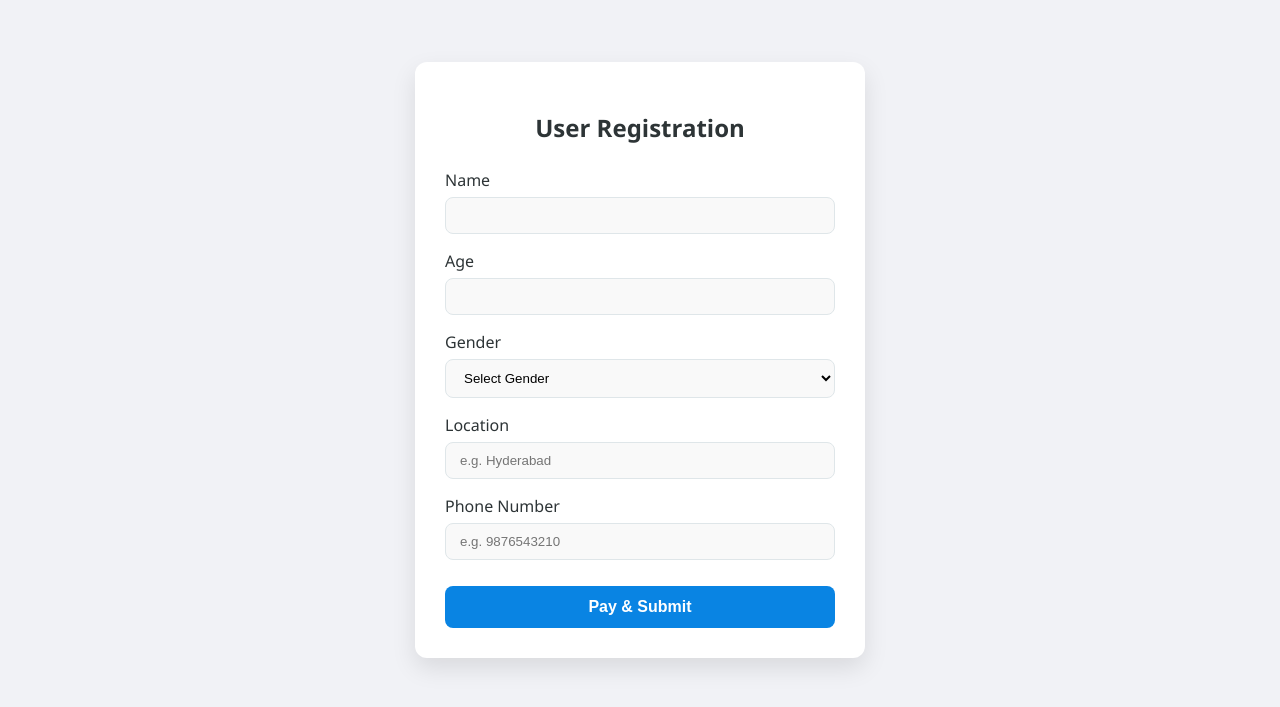
Repository: EedupugantiVenkatesh/Razorpayform
Page: index.html
These files come from the project's save history. The page is drawn as it stood at one moment and after the next save; the edit follows.
The browser window is 1280 px wide. The pictures show the whole page.

Above is the page before, as saved 2025-07-25 16:14:32.

### index.html
<!DOCTYPE html>
<html lang="en">
<head>
  <script src="https://checkout.razorpay.com/v1/checkout.js"></script>

  <meta charset="UTF-8" />
  <meta name="viewport" content="width=device-width, initial-scale=1.0"/>
  <title>User Details Form with OTP</title>
  <style>
    * {
      box-sizing: border-box;
    }
    body {
      font-family: 'Segoe UI', sans-serif;
      background: #f1f2f6;
      display: flex;
      justify-content: center;
      align-items: center;
      padding: 20px;
      min-height: 100vh;
      margin: 0;
      position: relative;
    }
    .form-container {
      background: #fff;
      padding: 30px;
      border-radius: 12px;
      box-shadow: 0 10px 25px rgba(0, 0, 0, 0.1);
      width: 100%;
      max-width: 450px;
       position: relative;
    }
    .whatsapp-top {
  position: absolute;
  top: 15px;
  right: 15px;
  z-index: 10;
}
    h2 {
      text-align: center;
      color: #2d3436;
      margin-bottom: 25px;
    }
    label {
      display: block;
      margin-bottom: 6px;
      color: #2d3436;
      font-weight: 500;
    }
    input, select {
      width: 100%;
      padding: 10px 14px;
      margin-bottom: 16px;
      border: 1px solid #dfe6e9;
      border-radius: 8px;
      background: #f9f9f9;
    }
    button {
      width: 100%;
      padding: 12px;
      background-color: #0984e3;
      color: white;
      border: none;
      border-radius: 8px;
      font-size: 16px;
      font-weight: 600;
      cursor: pointer;
      margin-top: 10px;
      transition: background 0.3s ease;
    }
    button:hover {
      background-color: #74b9ff;
    }
    #otpSection {
      display: none;
      margin-top: 20px;
    }
    .toast {
      position: fixed;
      bottom: 20px;
      left: 50%;
      transform: translateX(-50%);
      background: #2ecc71;
      color: white;
      padding: 12px 20px;
      border-radius: 8px;
      font-weight: bold;
      display: none;
      z-index: 9999;
    }
    #otpDisplay {
      margin-top: 10px;
      color: #0984e3;
      font-weight: bold;
      text-align: center;
    }
    @media (max-width: 400px) {
      .form-container {
        padding: 20px;
      }
      input, select, button {
        font-size: 14px;
      }
    }

    .whatsapp-top img {
      width: 45px;
      height: 45px;
      cursor: pointer;
      border-radius: 50%;
      box-shadow: 0 4px 8px rgba(0,0,0,0.2);
    }
  </style>


</head>
<body>

<div class="form-container">
  <h2>User Registration</h2>

  <form id="userForm" method="POST" action="https://script.google.com/macros/s/AKfycbyn8reU3Fq9HWjvBZ6Pr8WxE2iwTJl4NVdAV03wecs82VlSb8G8uzV61DTgRdb6t_gh/exec">
    <label for="name">Name</label>
    <input type="text" id="name" name="name" required>

    <label for="age">Age</label>
    <input type="number" id="age" name="age" required>

    <label for="gender">Gender</label>
    <select id="gender" name="gender" required>
      <option value="">Select Gender</option>
      <option value="Male">Male</option>
      <option value="Female">Female</option>
    </select>

    <label for="location">Location</label>
    <input type="text" id="location" name="location" required placeholder="e.g. Hyderabad">

    <label for="phone">Phone Number</label>
    <input type="tel" id="phone" name="phone" required placeholder="e.g. 9876543210">

    <button type="submit">Pay & Submit</button>
  </form>
</div>

<div class="toast" id="toast">Form submitted successfully 🎉</div>

<script>
  function showToast(message) {
    const toast = document.getElementById("toast");
    toast.textContent = message;
    toast.style.display = "block";
    setTimeout(() => toast.style.display = "none", 3000);
  }

  document.getElementById("userForm").addEventListener("submit", function(event) {
    event.preventDefault();

    const form = document.getElementById("userForm");
    const name = document.getElementById("name").value;
    const phone = document.getElementById("phone").value;

    const options = {
      key: "rzp_test_dmuFdNnde3pGHc", // ✅ Your Razorpay Test Key
      amount: 50000, // ₹500 in paise
      currency: "INR",
      name: "Demo Payment",
      description: "User Registration Fee",
      prefill: {
        name: name,
        contact: phone
      },
      handler: function (response) {
        // Payment success, now submit form to Google Script
        const formData = new FormData(form);
        fetch(form.action, {
          method: "POST",
          body: formData
        })
        .then(res => {
          if (res.ok) {
            form.reset();
            showToast("Form submitted & payment successful 🎉");
          } else {
            alert("Form submission failed. Please try again.");
          }
        })
        .catch(error => alert("Error: " + error.message));
      },
      theme: {
        color: "#0984e3"
      }
    };

    const rzp = new Razorpay(options);
    rzp.open();
  });
</script>

</body>
</html>
</html>

After the next save:
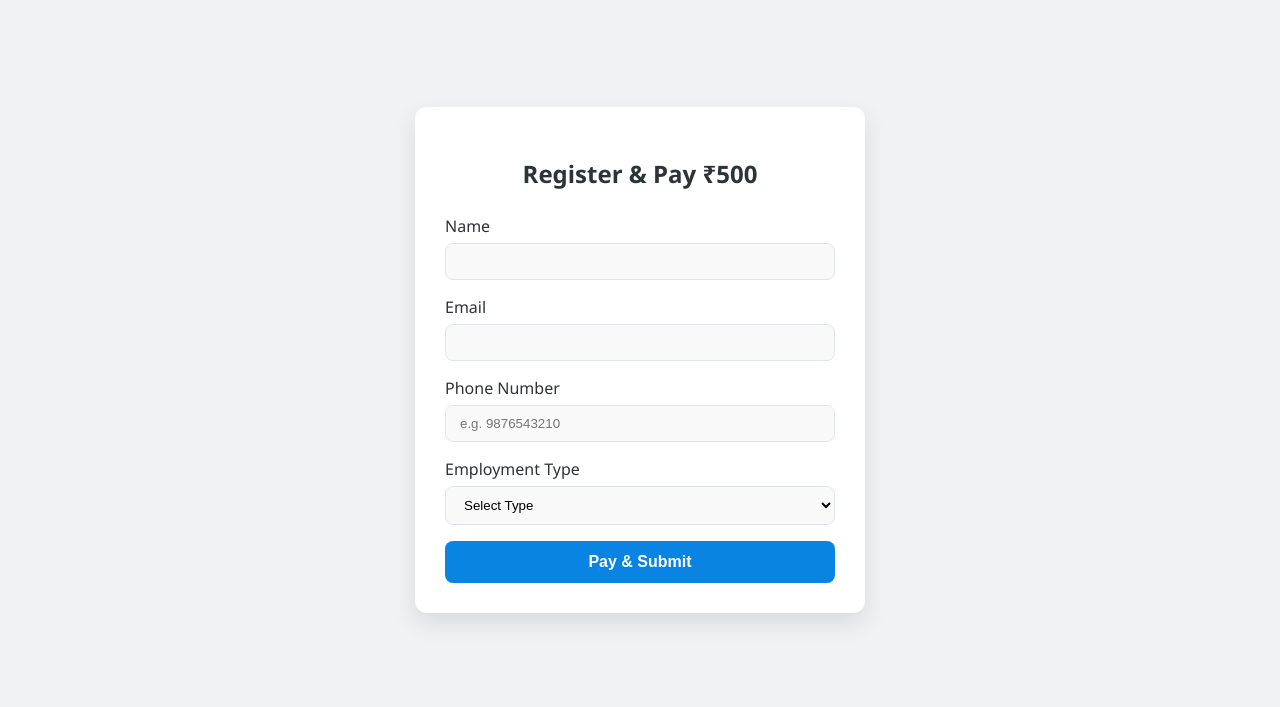
Saved 9 min 46 s later.
--- a/index.html
+++ b/index.html
@@ -2,14 +2,11 @@
 <html lang="en">
 <head>
   <script src="https://checkout.razorpay.com/v1/checkout.js"></script>
-
   <meta charset="UTF-8" />
   <meta name="viewport" content="width=device-width, initial-scale=1.0"/>
-  <title>User Details Form with OTP</title>
+  <title>User Registration</title>
   <style>
-    * {
-      box-sizing: border-box;
-    }
+    * { box-sizing: border-box; }
     body {
       font-family: 'Segoe UI', sans-serif;
       background: #f1f2f6;
@@ -19,7 +16,6 @@
       padding: 20px;
       min-height: 100vh;
       margin: 0;
-      position: relative;
     }
     .form-container {
       background: #fff;
@@ -28,14 +24,7 @@
       box-shadow: 0 10px 25px rgba(0, 0, 0, 0.1);
       width: 100%;
       max-width: 450px;
-       position: relative;
     }
-    .whatsapp-top {
-  position: absolute;
-  top: 15px;
-  right: 15px;
-  z-index: 10;
-}
     h2 {
       text-align: center;
       color: #2d3436;
@@ -65,15 +54,10 @@
       font-size: 16px;
       font-weight: 600;
       cursor: pointer;
-      margin-top: 10px;
       transition: background 0.3s ease;
     }
     button:hover {
       background-color: #74b9ff;
-    }
-    #otpSection {
-      display: none;
-      margin-top: 20px;
     }
     .toast {
       position: fixed;
@@ -88,58 +72,33 @@
       display: none;
       z-index: 9999;
     }
-    #otpDisplay {
-      margin-top: 10px;
-      color: #0984e3;
-      font-weight: bold;
-      text-align: center;
-    }
-    @media (max-width: 400px) {
-      .form-container {
-        padding: 20px;
-      }
-      input, select, button {
-        font-size: 14px;
-      }
-    }
-
-    .whatsapp-top img {
-      width: 45px;
-      height: 45px;
-      cursor: pointer;
-      border-radius: 50%;
-      box-shadow: 0 4px 8px rgba(0,0,0,0.2);
-    }
   </style>
-
-
 </head>
 <body>
 
 <div class="form-container">
-  <h2>User Registration</h2>
+  <h2>Register & Pay ₹500</h2>
 
   <form id="userForm" method="POST" action="https://script.google.com/macros/s/AKfycbyn8reU3Fq9HWjvBZ6Pr8WxE2iwTJl4NVdAV03wecs82VlSb8G8uzV61DTgRdb6t_gh/exec">
     <label for="name">Name</label>
     <input type="text" id="name" name="name" required>
 
-    <label for="age">Age</label>
-    <input type="number" id="age" name="age" required>
-
-    <label for="gender">Gender</label>
-    <select id="gender" name="gender" required>
-      <option value="">Select Gender</option>
-      <option value="Male">Male</option>
-      <option value="Female">Female</option>
-    </select>
-
-    <label for="location">Location</label>
-    <input type="text" id="location" name="location" required placeholder="e.g. Hyderabad">
+    <label for="email">Email</label>
+    <input type="email" id="email" name="email" required>
 
     <label for="phone">Phone Number</label>
     <input type="tel" id="phone" name="phone" required placeholder="e.g. 9876543210">
 
-    <button type="submit">Pay & Submit</button>
+    <label for="employment">Employment Type</label>
+    <select id="employment" name="employment" required>
+      <option value="">Select Type</option>
+      <option value="Fresher">Fresher</option>
+      <option value="Mid-Senior">Mid-Senior</option>
+      <option value="Senior">Senior</option>
+      <option value="Director">Director</option>
+    </select>
+
+    <button type="submit" id="payBtn">Pay & Submit</button>
   </form>
 </div>
 
@@ -153,25 +112,34 @@
     setTimeout(() => toast.style.display = "none", 3000);
   }
 
-  document.getElementById("userForm").addEventListener("submit", function(event) {
+  const form = document.getElementById("userForm");
+  const payBtn = document.getElementById("payBtn");
+  let isProcessing = false;
+
+  form.addEventListener("submit", function(event) {
     event.preventDefault();
+    if (isProcessing) return;
+    isProcessing = true;
+    payBtn.disabled = true;
+    payBtn.textContent = "Processing...";
 
-    const form = document.getElementById("userForm");
     const name = document.getElementById("name").value;
     const phone = document.getElementById("phone").value;
+    const email = document.getElementById("email").value;
 
     const options = {
-      key: "rzp_test_dmuFdNnde3pGHc", // ✅ Your Razorpay Test Key
+      key: "rzp_test_dmuFdNnde3pGHc", // ✅ Your Razorpay test key
       amount: 50000, // ₹500 in paise
       currency: "INR",
-      name: "Demo Payment",
+      name: "Registration Payment",
       description: "User Registration Fee",
       prefill: {
         name: name,
-        contact: phone
+        contact: phone,
+        email: email
       },
       handler: function (response) {
-        // Payment success, now submit form to Google Script
+        // Submit form data after successful payment
         const formData = new FormData(form);
         fetch(form.action, {
           method: "POST",
@@ -184,8 +152,23 @@
           } else {
             alert("Form submission failed. Please try again.");
           }
+          isProcessing = false;
+          payBtn.disabled = false;
+          payBtn.textContent = "Pay & Submit";
         })
-        .catch(error => alert("Error: " + error.message));
+        .catch(error => {
+          alert("Error: " + error.message);
+          isProcessing = false;
+          payBtn.disabled = false;
+          payBtn.textContent = "Pay & Submit";
+        });
+      },
+      modal: {
+        ondismiss: function () {
+          isProcessing = false;
+          payBtn.disabled = false;
+          payBtn.textContent = "Pay & Submit";
+        }
       },
       theme: {
         color: "#0984e3"
@@ -199,4 +182,3 @@
 
 </body>
 </html>
-</html>
